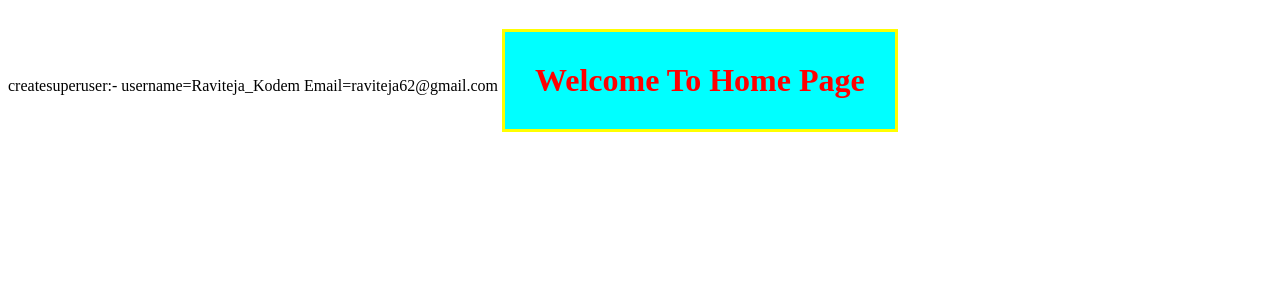
Repository: Raviteja6671/Django
Page: http://localhost/home/
An editor plug-in stored every save of this project. The page is shown before and after the next save, followed by the edit.
The browser window is 1280 px wide. The pictures show the whole page.
The page is served by the project's application, run on Django 5.2 (myProject/manage.py). Other server files are loaded and not shown.

Above is the page before, as saved 2025-12-07 19:52:15.

### myProject/basic/templates/home.html
<!DOCTYPE html>
<html lang="en">
<head>
    <meta charset="UTF-8">
    <meta name="viewport" content="width=device-width, initial-scale=1.0">
    <title>Document</title>
    <style>
        h1{
            background-color: aqua;
            color: red;
            border: 3px solid yellow;
            display: inline-block;
            padding: 30px;
        }
    </style>
    createsuperuser:-
    username=Raviteja_Kodem
    Email=raviteja62@gmail.com

</head>
<body>
    <h1>Welcome To Home Page</h1>
</body>
</html>

### myProject/basic/middleware.py
from django.http import JsonResponse
import re
import json
import jwt
from django.conf import settings

class BasicMiddleware:
    def __init__(self,get_response):
        self.get_response = get_response

    def __call__(self,request):
        print(request,"hello")
        if(request.path=="/student/"):
            print(request.method,"method")
            print(request.path)
        response=self.get_response(request)
        return response

# class signupMiddleware:
#     def __init__(self,get_response):
#         self.get_response = get_response
#     def __call__(self, request):
#         data = json.loads(request.body)
#         username=data.get('username')
#         email=data.get("email")
#         dob=data.get("dob")
#         password=data.get("pswd")


class basicMiddleware:
    def __init__(self, get_response):
        self.get_response = get_response
        # Define the list of specific URLs to monitor
        self.target_urls = [
            "/add_stu/",
            "/students/",
            "/student/",
            "/health/",
        ]

    def __call__(self, request):
        path = request.path
        print(f"Incoming request → {path}")

        if path in self.target_urls or path.startswith("/student/"):
            print("Middleware is Active for this URL")
            print(f"Method Used → {request.method}")
            print(f"Full Path → {path}")

            # Exp1 Block POST requests for testing
            if path == "/add_stu/" and request.method == "POST":
                print("⚠️ POST request detected on /add_stu/")

            # Exp2 Print user-agent header
            user_agent = request.META.get("HTTP_USER_AGENT", "Unknown")
            print(f"User-Agent: {user_agent}")

        response = self.get_response(request)

        #Exp3 Post-response actions
        if path.startswith("/students/"):
            print("Response successfully returned for student_related URL")

        return response


# 17/11/2025 class task

class SscMiddleware:
    def __init__(self, get_response):
        self.get_response = get_response
    def __call__(self, request):
        if request.path in ["/job1/", "/job2/"]:
            ssc_result = request.GET.get("ssc", "False")
            if ssc_result != "True":
                return JsonResponse({"error": "you should qualify atleast SSC for applying this job"},status=400)
        return self.get_response(request)


class MedicalMiddleware:
    def __init__(self, get_response):
        self.get_response = get_response
    def __call__(self, request):
        if request.path == "/job1/":
            medical_fit_result = request.GET.get("medically_fit", "False")
            if medical_fit_result != "True":
                return JsonResponse(
                    {"error": "your not Medically fit to apply for this job role"},
                    status=400)
        return self.get_response(request)


class AgeMiddleware:
    def __init__(self, get_response):
        self.get_response = get_response
    def __call__(self, request):
        if request.path in ["/job1/", "/job2/"]:
            age = int(request.GET.get("age", 17))
            if age < 18 or age > 25:
                return JsonResponse(
                    {"error": "age must be in between 18 too 25"},
                    status=400)
        return self.get_response(request)





#18/11/2025 class task


class UsernameMiddleware:
    def __init__(self, get_response):
        self.get_response = get_response

    def __call__(self, request):
        if request.path == "/signup/" and request.method == "POST":
            # Read JSON only once
            if not hasattr(request, "json_data"):
                try:
                    request.json_data = json.loads(request.body)
                except:
                    return JsonResponse({"error": "Invalid JSON"}, status=400)
            data = request.json_data
            username = data.get("username", "")
            if not username:
                return JsonResponse({"error": "Username is Required"}, status=400)
            if len(username) < 3 or len(username) > 20:
                return JsonResponse({"error": "Username must be 3 to 20 characters"}, status=400)
            if username[0] in "._" or username[-1] in "._":
                return JsonResponse({"error": "Username cannot start or end with . or _"}, status=400)
            if not re.match(r"^[a-zA-Z0-9._]+$", username):
                return JsonResponse({"error": "Username can contain letters, numbers, . and _ only"}, status=400)
            if ".." in username or "__" in username:
                return JsonResponse({"error": "Username cannot have double dots or double underscores"}, status=400)
        return self.get_response(request)


class EmailMiddleware:
    def __init__(self, get_response):
        self.get_response = get_response

    def __call__(self, request):
        if request.path == "/signup/" and request.method == "POST":
            if not hasattr(request, "json_data"):
                try:
                    request.json_data = json.loads(request.body)
                except:
                    return JsonResponse({"error": "Invalid JSON"}, status=400)
            data = request.json_data
            email = data.get("email", "")
            email_regex = r"^[a-zA-Z0-9._%+-]+@[a-zA-Z0-9.-]+\.[a-zA-Z]{2,}$"
            if not email:
                return JsonResponse({"error": "Email is required"}, status=400)
            if not re.match(email_regex, email):
                return JsonResponse({"error": "Invalid Email format"}, status=400)
        return self.get_response(request)


class PasswordMiddleware:
    def __init__(self, get_response):
        self.get_response = get_response

    def __call__(self, request):
        if request.path == "/signup/" and request.method == "POST":
            if not hasattr(request, "json_data"):
                try:
                    request.json_data = json.loads(request.body)
                except:
                    return JsonResponse({"error": "Invalid JSON"}, status=400)
            data = request.json_data
            password = data.get("password", "")
            password_regex = r"^(?=.*[a-z])(?=.*[A-Z])(?=.*\d)(?=.*[@$!%*#?&._])[A-Za-z\d@$!%*#?&._]{8,}$"
            if not password:
                return JsonResponse({"error": "Password is required"}, status=400)
            if not re.match(password_regex, password):
                return JsonResponse({
                    "error": "Password must contain 8+ characters, uppercase, lowercase, digit, special char"
                }, status=400)
        return self.get_response(request)


class authenticate_middleware():
    def __init__(self,get_response):
        self.get_response  = get_response
    def __call__(self, request):
        if request.path=="/getallusers/":
            token=request.headers.get("Authorization")
            print(token,"token") # prints the bearer <token>
            if not token:
                return JsonResponse({"error":"Authorization token Missing"},status=400)
            token_value=token.split(" ")[1]
            print(token_value,"token_value") # prints ['bearer','<token>']
            try:
                decode_data = jwt.decode(token_value, settings.SECRET_KEY, algorithms=["HS256"])
                print(decode_data,"decoded_data")
                request.token_data = decode_data
            except jwt.ExpiredSignatureError:
                return JsonResponse({"Error":"Token has expired, Please login again"},status=401)
            except jwt.exceptions.InvalidSignatureError:
                return JsonResponse({"error":"invalid token signature"},status=401)

        return self.get_response(request)

### myProject/basic/views.py
from django.shortcuts import render
import json
from django.http import HttpResponse
from django.http import JsonResponse
from django.db import connection
from django.views.decorators.csrf import csrf_exempt
from basic.models import student
from basic.models import Users
from django.conf import settings
import jwt
from datetime import datetime,timedelta
from zoneinfo import ZoneInfo
from django.contrib.auth.hashers import make_password,check_password

# Create your views here.

def sample(request):
    return HttpResponse('hello world')

def sample1(request):
    return HttpResponse('WelCome to Django')

def sampleInfo(request):
    data={"name":"raviteja","age":"22","city":"hyd"}
    # data=[4,6,8]
    return JsonResponse(data)

def dynamicResponse(request):
    name=request.GET.get("name"," Raviteja")
    city=request.GET.get("city","Hyderabad")
    return HttpResponse(f"Hello {name} From {city} !")

def add(request):
    a = int(request.GET.get('a', 8))
    b = int(request.GET.get('b', 9))
    return HttpResponse(f"Addition: {a + b}")

def sub(request):
    a = int(request.GET.get('a', 12))
    b = int(request.GET.get('b', 5))
    return HttpResponse(f"Subtraction: {a - b}")

def mul(request):
    a = int(request.GET.get('a', 18))
    b = int(request.GET.get('b', 4))
    return HttpResponse(f"Multiplication: {a * b}")

def div(request):
    a = int(request.GET.get('a', 8))
    b = int(request.GET.get('b', 6))  # Avoid division by zero default
    try:
        result = a / b
    except ZeroDivisionError:
        return HttpResponse("Error: Division by zero")
    return HttpResponse(f"Division: {result}")

# Health check endpoint
def health(request):
    try:
        with connection.cursor() as c:
            c.execute("SELECT 1")
        return JsonResponse({"status": "ok", "db": "connected"})
    except Exception as e:
        return JsonResponse({"status": "error", "db": str(e)})



# POST - Create new student
@csrf_exempt
def add_student(request):
    print(request.method)
    if request.method == "POST":
        data = json.loads(request.body)
        email = data.get("email")
        # Check if email already exists
        if student.objects.filter(email=email).exists():
            return JsonResponse({"error": "Email already exists"}, status=400)
        # Create new student
        stu = student.objects.create(
            name=data.get("name"),
            age=data.get("age"),
            email=email
        )
        return JsonResponse({"status": "success", "id": stu.id}, status=201)

# GET - Retrieve all students
    elif request.method == "GET":
        result = list(student.objects.values())
        return JsonResponse({"status": "success", "data": result}, status=200)

# DELETE - Delete student by ID
    elif request.method == "DELETE":
        data = json.loads(request.body)
        ref_id = data.get("id")
        try:
            deleting_data = student.objects.filter(id=ref_id).values().first()
            if not deleting_data:
                return JsonResponse({"error": "Student not found"}, status=404)
            student.objects.get(id=ref_id).delete()
            return JsonResponse({
                "status": "deleted",
                "deleted_data": deleting_data
            }, status=200)
        except student.DoesNotExist:
            return JsonResponse({"error": "Student not found"}, status=404)

# PUT - Full update (update all fields)
    elif request.method == "PUT":
        data = json.loads(request.body)
        ref_id = data.get("id")
        try:
            stu = student.objects.get(id=ref_id)
        except student.DoesNotExist:
            return JsonResponse({'error': "Student not found"}, status=404)
        # Check if new email already exists
        new_email = data.get("email")
        if student.objects.filter(email=new_email).exclude(id=ref_id).exists():
            return JsonResponse({"error": "Email already exists"}, status=400)
        stu.name = data.get("name", stu.name)
        stu.age = data.get("age", stu.age)
        stu.email = data.get("email", stu.email)
        stu.save()
        updated_data = student.objects.filter(id=ref_id).values().first()
        return JsonResponse({"status": "full update success", "updated_data": updated_data}, status=200)

# PATCH - Partial update (only update specific fields)
    elif request.method == "PATCH":
        data = json.loads(request.body)
        ref_id = data.get("id")
        try:
            stu = student.objects.get(id=ref_id)
        except student.DoesNotExist:
            return JsonResponse({'error': "Student not found"}, status=404)
        # Update only fields provided in the request
        if "name" in data:
            stu.name = data["name"]
        if "age" in data:
            stu.age = data["age"]
        if "email" in data:
            new_email = data["email"]
            # Check if email already exists
            if student.objects.filter(email=new_email).exclude(id=ref_id).exists():
                return JsonResponse({"error": "Email already exists"}, status=400)
            stu.email = new_email
        stu.save()
        updated_data = student.objects.filter(id=ref_id).values().first()
        return JsonResponse({"status": "partial update success", "updated_data": updated_data}, status=200)

    return JsonResponse({'error': "Unsupported method"}, status=405)



# 11/11/2025 task operations

def get_all_students(request):
    students = student.objects.all()
    data = list(students.values())
    return JsonResponse(data, safe=False)

def get_student_by_id(request, id):
    try:
        s = student.objects.get(id=id)
        data = {'id': s.id, 'name': s.name, 'age': s.age, 'email': s.email}
        return JsonResponse(data)
    except student.DoesNotExist:
        return JsonResponse({'error': 'Student not found'}, status=404)

def filter_students_age_gte_20(request):
    students = student.objects.filter(age__gte=20)
    data = list(students.values())
    return JsonResponse(data, safe=False)

def filter_students_age_lte_25(request):
    students = student.objects.filter(age__lte=25)
    data = list(students.values())
    return JsonResponse(data, safe=False)

def get_unique_ages(request):
    ages = student.objects.values_list('age', flat=True).distinct()
    return JsonResponse(list(ages), safe=False)

def count_total_students(request):
    total = student.objects.count()
    return JsonResponse({'total_students': total})


def job1(request):
    return JsonResponse({"message":"You have successfully applied for job1"},status=200)

def job2(request):
    return JsonResponse({"Message":"you have successfully applied for job2"},status=200)



# 18/11/2025 class

@csrf_exempt               #POST OPERATION
def signUp(request):
    if request.method == "POST":
        data = request.json_data   # <-- use this

        username = data.get("username")
        email = data.get("email")
        password =make_password(data.get("password"))

        if not username or not email or not password:
            return JsonResponse({"Message": "All fields are required"}, status=400)

        user = Users.objects.create(
            username=username,
            email=email,
            password=password
        )

        return JsonResponse({"Message": "User Registered", "id": user.id}, status=200)

    return JsonResponse({"Message": "Invalid Request Method"}, status=405)


@csrf_exempt                              # GET OPERATION
def getUsers(request):
    if request.method == "GET":
        users = Users.objects.all()

        data = []
        for user in users:
            data.append({
                "id": user.id,
                "username": user.username,
                "email": user.email,
                "password": user.password   # If you want to hide password, tell me
            })

        return JsonResponse({"users": data}, status=200)

    return JsonResponse({"Message": "Invalid Request Method"}, status=405)



@csrf_exempt                            # DELETE OPERATION
def deleteUser(request, id):
    if request.method == "DELETE":
        try:
            user = Users.objects.get(id=id)
            user.delete()
            return JsonResponse({"Message": "User Deleted Successfully", "id": id}, status=200)
        except Users.DoesNotExist:
            return JsonResponse({"Message": "User Not Found"}, status=404)

    return JsonResponse({"Message": "Invalid Request Method"}, status=405)


# @csrf_exempt
# def login(request):
#     if request.method=="POST":
#         data=request.POST
#         print(data)
#         username=data.get('username')
#         password=data.get("password")
#         try:
#             user=Users.objects.get(username=username)
#             if check_password(password,user.password):
#                 token="a json web token"

#                 return JsonResponse({"status":"successfully Loggedin","token":token},status=200)
#             else:
#                 return JsonResponse({"status":"failure","message":"invalid password"},status=400)
#         except Users.DoesNotExist:
#             return JsonResponse({"status":"failure","message":"user not found"},status=400)

@csrf_exempt
def login(request):
    if request.method == "POST":
        data = request.POST
        username = data.get("username")
        password = data.get("password")

        try:
            user = Users.objects.get(username=username)
            issued_time=datetime.now(ZoneInfo("Asia/Kolkata"))
            expired_time=issued_time+timedelta(minutes=50)
            if password == user.password:
                # token="a json web token"
                payload = {
                    "username": user.username,
                    "email": user.email,
                    "id": user.id,
                    "exp":expired_time
                }
                #creating jwt token
                token = jwt.encode(payload, settings.SECRET_KEY, algorithm="HS256")
                return JsonResponse({"status": "successfully Loggedin", "token": token,"issued_at":issued_time,"Token_expired_at":expired_time,"Token_expires_in-Minitues_is":int((expired_time-issued_time).total_seconds()/60)}, status=200)
            else:
                return JsonResponse({"status": "failure", "message": "invalid password"}, status=400)
        except Users.DoesNotExist:
            return JsonResponse({"status": "failure", "message": "user not found"}, status=400)



@csrf_exempt
def check(request):
    hashed="pbkdf2_sha256$1000000$oWRnje0wvfd1GDEWVxl1cH$ISOcbGnboV91VHZ9hLKmh+kOIwxLHACntmEfaRKMd+4="
    ipdata=request.POST
    print(ipdata)
    #hashed=make_password(ipdata.get('ip'))
    x=check_password(ipdata.get("ip"),hashed)
    print(x)
    return JsonResponse({"status":"success","data":x},status=200)


@csrf_exempt
def getAllUsers(request):
    if request.method == "GET":
        users = list(Users.objects.values())
        print(request.token_data, "token_data in view")
        print(request.token_data.get("username"), "username from token")
        print(users, "users list")
        token_username = request.token_data.get("username")
        usernames = [u["username"] for u in users]
        if token_username not in usernames:
            return JsonResponse({"error": "unauthorized access"}, status=401)
        return JsonResponse({"status": "success", "data": users}, status=200)

    return JsonResponse({"status": "failed", "message": "Only GET method allowed"}, status=400)


def home(request):
    return render(request,'home.html')

def aboutus(request):
    return render(request,'aboutus.html')

### myProject/myProject/urls.py
"""
URL configuration for myProject project.

The `urlpatterns` list routes URLs to views. For more information please see:
    https://docs.djangoproject.com/en/5.1/topics/http/urls/
Examples:
Function views
    1. Add an import:  from my_app import views
    2. Add a URL to urlpatterns:  path('', views.home, name='home')
Class-based views
    1. Add an import:  from other_app.views import Home
    2. Add a URL to urlpatterns:  path('', Home.as_view(), name='home')
Including another URLconf
    1. Import the include() function: from django.urls import include, path
    2. Add a URL to urlpatterns:  path('blog/', include('blog.urls'))
"""
from django.contrib import admin
from django.urls import path
from basic.views import sample
from basic.views import sample1
from basic.views import sampleInfo
from basic.views import dynamicResponse
from basic.views import add, sub, mul, div, health, add_student, check, login, getAllUsers, home, aboutus
from basic.views import get_all_students, get_student_by_id, filter_students_age_gte_20,  filter_students_age_lte_25, get_unique_ages, count_total_students
from basic.views import job1,job2,signUp
from basic import views

urlpatterns = [
    path('admin/', admin.site.urls),
    path('greet/',sample),
    path('53r54r/',sample1),
    path('info/',sampleInfo),
    path('name/',dynamicResponse),
    path('add/', add),
    path('sub/', sub),
    path('mul/', mul),
    path('div/', div),
    path('health/',health),
    path('add_stu/',add_student),
    path('job1/',job1),
    path('job2/',job2),
    path('check/',check),
    path('login/',login),
    path('getallusers/',getAllUsers),
    path("signup/", views.signUp),
    path("get-users/", views.getUsers),
    path("delete-user/<int:id>/", views.deleteUser),
    path('home/',home),
    path('aboutus/',aboutus),


    path('students/', get_all_students, name='get_all_students'),
    path('student/<int:id>/', get_student_by_id, name='get_student_by_id'),
    path('students/age_gte_20/', filter_students_age_gte_20, name='filter_students_age_gte_20'),
    path('students/age_lte_25/', filter_students_age_lte_25, name='filter_students_age_lte_25'),
    path('students/unique_ages/', get_unique_ages, name='get_unique_ages'),
    path('students/count/', count_total_students, name='count_total_students'),
]

After the next save:
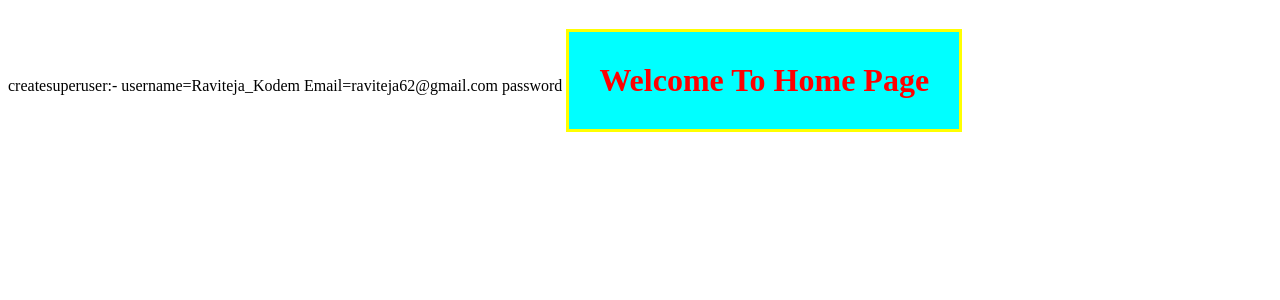
Saved 6 s later.
--- a/myProject/basic/templates/home.html
+++ b/myProject/basic/templates/home.html
@@ -16,7 +16,7 @@
     createsuperuser:-
     username=Raviteja_Kodem
     Email=raviteja62@gmail.com
-
+    password
 </head>
 <body>
     <h1>Welcome To Home Page</h1>
